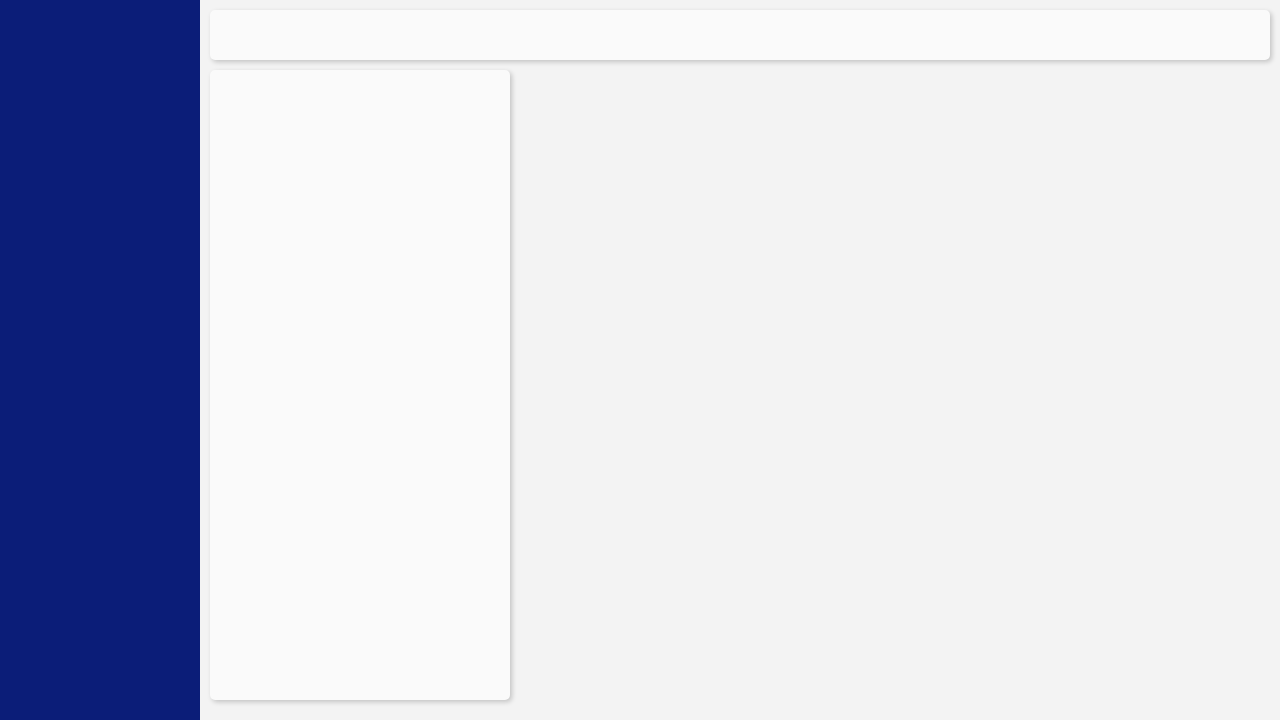
Repository: poya0a/chit_chat
Page: /
An editor plug-in stored every save of this project. The page is shown before and after the next save, followed by the edit.
The browser window is 1280 px wide. The pictures show the whole page.
Some web fonts or font styles are not loaded; a fallback is used. The project was rebuilt for these pictures with package versions that can differ from the ones it lists, and the page was loaded fresh each time. Also part of the build but not shown: craco.config.js.

Above is the page before, as saved 2024-01-12 15:49:13.

### public/index.html
<!DOCTYPE html>
<html lang="ko">
  <head>
    <meta charset="utf-8" />
    <link rel="icon" href="%PUBLIC_URL%/favicon.png" />
    <meta name="viewport" content="width=device-width, initial-scale=1" />
    <link rel="apple-touch-icon" href="%PUBLIC_URL%/favicon.png" />
    <title>CHIT CHAT</title>
  </head>
  <body>
    <div id="root"></div>
  </body>
</html>

### src/index.tsx
import React from 'react';
import { BrowserRouter } from 'react-router-dom';
import { createRoot } from 'react-dom/client';
import { Provider } from 'react-redux';
import { store } from './store/store';
import './assets/styles/style.scss';
import App from './App';

const container = document.getElementById('root')!;
const root = createRoot(container);

root.render(
  <Provider store={store}>
    <BrowserRouter>
      <App />
    </BrowserRouter>
  </Provider>
);

### src/store/store.ts
import { combineReducers, configureStore } from '@reduxjs/toolkit';
import { useDispatch, useSelector, TypedUseSelectorHook } from 'react-redux';

import loadingSlice from './slices/loadingSlice';

const rootReducer = combineReducers({
  loading: loadingSlice.reducer,
});

export const store = configureStore({
  reducer: rootReducer,
  middleware: (getDefaultMiddleware) => getDefaultMiddleware({ serializableCheck: false }),
  devTools: process.env.NODE_ENV !== 'production'
});

type RootState = ReturnType<typeof store.getState>;
type AppDispath = typeof store.dispatch;

export const useAppSelector: TypedUseSelectorHook<RootState> = useSelector;
export const useAppDispatch = () => useDispatch<AppDispath>();

export default store;

### src/assets/styles/style.scss
@charset "UTF-8";

// utils
@import url('https://cdn.rawgit.com/moonspam/NanumSquare/master/nanumsquare.css');
@import 'utils/variables';
@import 'utils/mixins';

// common
@import 'common/reset.scss';

// layouts
@import 'layouts/layout.scss';
@import 'layouts/menu.scss';
@import 'layouts/status.scss';
@import 'layouts/profile.scss';

### src/App.tsx
import React, { useEffect, useState } from 'react';
import { Route, Routes, useNavigate, useLocation } from 'react-router-dom';

import { AxiosInterceptor } from './common/api/ax';
import { useAppSelector } from './store/store';

import Home from './Components/pages/Home/Home';
import Layout from './Components/layouts/Layout';

function App() {
  return (
    <div className="wrap">
      <div className="content">
        <AxiosInterceptor>
          <Routes>
          <Route element={<Layout />}>
            <Route path="/" element={<Home />} />
            {/* <Route path="/not_yet_supported_by_service" element={<NotService />} />
            <Route path="/ticket" element={<NotService />} />

              <Route path="/auth/terms" element={<Terms />} />
              <Route path="/auth/join" element={<Join />} />
              <Route path="/auth/find_id" element={<FindId />} />
              <Route path="/auth/find_password" element={<FindPassword />} />
              <Route path="/auth/find_password_reset" element={<FindPasswordReset />} />

              <Route path="/home" element={<Home />} />
              <Route path="/notification" element={<Notification />} />
              <Route path="/reservation" element={<Reservation />} /> */}
              {/* <Route path="/ticket" element={<Ticket />} />
              <Route path="/ticket/branch_class" element={<BranchClassDetail />} />
              <Route path="/ticket/class_ticket" element={<ClassTicketDetail />} /> */}
              {/* <Route path="/schedule" element={<Schedule />} />
              <Route path="/mypage" element={<MyPage />} />
              <Route path="/mypage/ticket" element={<MyTicket />} />
              <Route path="/mypage/ticket/detail" element={<MyTicketList />} />

              <Route path="/mypage/notice" element={<NoticeList />} />
              <Route path="/mypage/notice/detail" element={<NoticeDetail />} />
              <Route path="/mypage/payment" element={<Payment />} />
              <Route path="/mypage/payment/detail" element={<PaymentTicketDetail />} />
              <Route path="/mypage/password" element={<PasswordVerification />} />
              <Route path="/mypage/modify" element={<Modify />} />
              <Route path="/:detailType/reservation_detail" element={<ReservDetail />} />

            <Route path="/auth/complete" element={<JoinComplete />} />
            <Route path="/search" element={<SearchBranchList />} />
            <Route path="/search/detail" element={<SearchBranchDetail />} /> */}
            </Route>
          </Routes>
        </AxiosInterceptor>
      </div>
    </div>
  );
}

export default App;

### src/store/slices/loadingSlice.ts
import { createSlice, PayloadAction } from '@reduxjs/toolkit';

type Loading = {
  loading: boolean;
};

const initialState: Loading = {
  loading: false
};

export const loadingSlice = createSlice({
  name: 'loading',
  initialState,
  reducers: {
    actIsLoading: (state, { payload }: PayloadAction<boolean>) => {
      state.loading = payload;
    }
  }
});

export const { actIsLoading } = loadingSlice.actions;
export default loadingSlice;

### src/assets/styles/utils/_variables.scss
// font
$en: 'NanumSquare', sans-serif;
$ko: 'NanumSquare', 'Pretendard-Regular', sans-serif;

// break-point
$breakpoint-pc: 1024px;
$breakpoint-tablet: 768px;
$breakpoint-mobile: 360px;
$breakpoint-smallest: 270px;

// 반응형 분기점
@mixin container {
  @media (max-width: #{$container-width}) {
    @content;
  }
}
@mixin tablet {
  @media (max-width: #{$breakpoint-pc - 1px}) {
    @content;
  }
}
@mixin mobile {
  @media (max-width: #{$breakpoint-tablet - 1px}) {
    @content;
  }
}
// 320px 까지 맞출시 사용
@mixin smallest {
  @media (min-width:#{$breakpoint-smallest}) and (max-width:#{$breakpoint-mobile - 1px}) {
    @content;
  }
}

// colors
$color_primary: #89a8ff;
$color_secondary: #abbdff;
$color_blue: #0B1D78;
$color_background: #eaedf0;

$color_white: #ffffff;
$color_black: #000000;

$color_error: #d32f2f;
$color_warning: #f9a825;
$color_confirmed: #4caf50;

$color_neutrals: #1f1f1f;
$color_neutrals90: #343434;
$color_neutrals80: #4b4b4b;
$color_neutrals60: #787878;
$color_neutrals40: #a5a5a5;
$color_neutrals20: #d2d2d2;
$color_neutrals10: #e8e8e8;
$color_neutrals5: #f3f3f3;

$color_gray1: #1f1f1f;
$color_gray2: #2d2d2d;
$color_gray3: #404040;
$color_gray4: #5f5f5f;
$color_gray5: #727272;
$color_gray6: #9b9b9b;
$color_gray7: #bbbbbb;
$color_gray8: #dedede;
$color_gray9: #ececec;
$color_gray10: #f4f4f4;
$color_gray11: #fafafa;
$color_gray12: #717171;
$color_gray13: #343434;
$color_gray14: #c7c7c7;
$color_gray15: #4d4d4d;
$color_gray16: #d5d5d5;
$color_gray17: #d9d9d9;
$color_grayDark: #4f555e;

### src/assets/styles/utils/_mixins.scss
// 정렬
@mixin center {
  position: absolute;
  top: 50%;
  left: 50%;
  z-index: 1;
  transform: translate(-50%, -50%);
}
@mixin center_top {
  @include center;
  left: 0;
  transform: translate(0, -50%);
}
@mixin center_left {
  @include center;
  top: 0;
  transform: translate(-50%, 0);
}

// typo
@mixin bold_32 {
  font-weight: bold;
  font-size: 32px;
}

@mixin bold_20 {
  font-weight: bold;
  font-size: 20px;
}

@mixin bold_18 {
  font-weight: bold;
  font-size: 18px;
}

@mixin bold_16 {
  font-weight: bold;
  font-size: 16px;
}

@mixin bold_14 {
  font-weight: bold;
  font-size: 14px;
}

@mixin bold_13 {
  font-weight: bold;
  font-size: 13px;
}

@mixin bold_12 {
  font-weight: bold;
  font-size: 12px;
}

@mixin normal_32 {
  font-weight: normal;
  font-size: 32px;
}

@mixin normal_24 {
  font-weight: normal;
  font-size: 24px;
}

@mixin normal_20 {
  font-weight: normal;
  font-size: 20px;
}

@mixin normal_18 {
  font-weight: normal;
  font-size: 18px;
}

@mixin normal_16 {
  font-weight:normal;
  font-size: 16px;
}

@mixin normal_14 {
  font-weight: normal;
  font-size: 14px;
}
@mixin normal_13 {
  font-weight: normal;
  font-size: 13px;
}

@mixin normal_12 {
  font-weight: normal;
  font-size: 12px;
}

@mixin regular_32 {
  font-weight: regular;
  font-size: 32px;
}

@mixin regular_20 {
  font-weight: regular;
  font-size: 20px;
}

@mixin regular_18 {
  font-weight: regular;
  font-size: 18px;
}

@mixin regular_16 {
  font-weight: regular;
  font-size: 16px;
}

@mixin regular_14 {
  font-weight: regular;
  font-size: 14px;
}

@mixin regular_13 {
  font-weight: regular;
  font-size: 13px;
}

@mixin regular_12 {
  font-weight: regular;
  font-size: 12px;
}

@mixin regular_10 {
  font-weight: regular;
  font-size: 10px;
}

### src/assets/styles/common/_reset.scss
html,
body,
div,
span,
h1,
h2,
h3,
h4,
h5,
h6,
p,
blockquote,
a,
address,
cite,
code,
del,
em,
img,
ins,
kbd,
small,
strong,
b,
u,
i,
dl,
dt,
dd,
ol,
ul,
li,
fieldset,
form,
label,
legend,
table,
caption,
tbody,
thead,
tr,
th,
td,
article,
aside,
figure,
footer,
header,
menu,
nav,
section,
time,
mark,
audio,
video,
option {
  @include regular_14;
  margin: 0;
  padding: 0;
  border: 0;
  font: inherit;
  color: $color_neutrals;
  vertical-align: baseline;
  box-sizing: border-box;
}

* {
  /* body에서 하면 pre, input, textarea등등에서 상속을 받지 않는 경우가 있어서 *을 사용
  but ! 중첩구조시 전부 상속이 되어 불편해지기에, 가장 큰 객체에 폰트 설정을 하고 모든 객체에 상속권을 준다.*/
  margin: 0;
  padding: 0;
  word-break: keep-all; /* 단어단위로 브레이크가 됨 */
  font-family: inherit;
  font-size: inherit;
  color: inherit;
  font-weight: inherit;
  font-style: inherit;
  text-decoration: inherit;
}

nav {
  height: 100%;
}

body {
  font-family: 'NanumSquare', 'Pretendard-Regular', sans-serif;
  line-height: 1.4;
}
ol,
ul {
  list-style: none;
}
blockquote,
q {
  quotes: none;
}
blockquote:before,
blockquote:after,
q:before,
q:after {
  content: '';
  content: none;
}

ins {
  text-decoration: none;
}
del {
  text-decoration: line-through;
}

table {
  border-collapse: collapse;
  border-spacing: 0;
}

h1,
h2,
h3,
h4,
h5,
h6,
strong {
  font-weight: normal;
}
a {
  display: inline-block;
  text-decoration: none;
}
img {
  vertical-align: top;
}
a:link,
a:visited,
a:active {
  text-decoration: none;
}
a img {
  display: block;
}
button {
  margin: 0;
  padding: 0;
  border: 0;
  font: inherit;
  background: none;
  box-sizing: inherit;
  -webkit-box-sizing: inherit;
  cursor: pointer;
  outline-style: none;
  color: $color_primary;
  &:focus {
    // border: 2px solid $color_white;
  }
}
button a {
  color: $color_white; // ios 텍스트 컬러 수정
}
/* em {font-style: normal;} */

textarea {
  @include regular_14;
  box-sizing: border-box;
  box-shadow: none;
  font-family: $ko;
  color: $color_neutrals;
  -webkit-appearance: none;
  transition: border 0.3s;
  outline-style: none;
}
img,
svg,
iframe,
video {
  display: block;
  width: 100%;
}
input {
  @include regular_14;
  border: 0;
  margin: 0;
  background: transparent;
  box-shadow: none;
  border-radius: 0;
  appearance: none;
  -webkit-appearance: none;
  -webkit-border-radius: 0;
  font-family: $ko;
  color: $color_neutrals;
  outline-style: none;
  transition: border 0.3s;
  box-sizing: border-box;
}
input[type='search']::-webkit-search-cancel-button {
  display: none;
}
input[type='number']::-webkit-outer-spin-button,
input[type='number']::-webkit-inner-spin-button {
  -webkit-appearance: none;
  margin: 0;
}
select {
  box-shadow: none;
  box-sizing: border-box;
  border-radius: 0;
  appearance: none;
  outline-style: none;
  color: $color_neutrals;
}
select a {
  color: $color_neutrals; // ios 텍스트 컬러 수정
}
select::-ms-expand {
  display: none;
}
input::-webkit-autofill,
input::-webkit-autofill:hover,
input::-webkit-autofill:focus,
input::-webkit-autofill:active {
  -webkit-text-fill-color: $color_white;
  -webkit-box-shadow: 0 0 0px 1000px transform inset;
  box-shadow: 0 0 0px 1000px transform inset;
  transition: background-color 5000s ease-in-out 0s;
}
input::autofill,
input::autofill:hover,
input::autofill:focus,
input::autofill:active {
  -webkit-text-fill-color: $color_white;
  -webkit-box-shadow: 0 0 0px 1000px transform inset;
  box-shadow: 0 0 0px 1000px transform inset;
  transition: background-color 5000s ease-in-out 0s;
}

input,
select {
  font-family: inherit;
}

/* 대체텍스트 */
.blind {
  position: absolute;
  width: 1px;
  height: 1px;
  overflow: hidden;
  margin: -1px;
  -webkit-clip-path: polygon(0 0, 0 0, 0 0);
  clip-path: polygon(0 0, 0 0, 0 0);
  font-size: 0;
  line-height: 0;
}

.hidden {
  position: fixed;
  left: -10000px;
}

### src/assets/styles/layouts/layout.scss
.wrap {
    .content {
      .layoutWrap {
        display: flex;
        .layout {
          padding: 10px;
          width: calc(100% - 200px);
          background-color: $color_neutrals5;
          .mainWrap {
            display: flex;
            padding-top: 10px;
            height: calc(100% - 60px);
            main {
            }
          }
        }
      }

    }
  }

### src/assets/styles/layouts/menu.scss
.menuWrap {
    width: 200px;
    height: 100vh;
    background-color: $color_blue;
}

### src/assets/styles/layouts/status.scss
.statusWrap {
    width: 100%;
    height: 50px;
    background-color: $color_gray11;
    box-shadow: 2px 2px 5px rgba(0, 0, 0, .2);
    border-radius: 5px;
}

### src/assets/styles/layouts/profile.scss
.profileWrap {
    width: 300px;
    height: 100%;
    background-color: $color_gray11;
    box-shadow: 2px 2px 5px rgba(0, 0, 0, .2);
    border-radius: 5px;
}

### src/common/api/ax.ts
import axios, { AxiosError, AxiosInstance, AxiosResponse, AxiosRequestConfig } from 'axios';
import React, { useEffect, useState } from 'react';
import { useNavigate } from 'react-router-dom';
import { useAppDispatch } from '../../store/store';
import { actIsLoading } from '../../store/slices/loadingSlice';
import storage from '../utils/storage';
import device from '../utils/device';
import { ErrorResponse } from '../../store/types/response.interface';
import requests from './requests';

const ax = axios.create({
  baseURL: process.env.REACT_APP_API_ROOT
});

const AxiosInterceptor = ({ children }: { children: React.ReactNode }) => {
  const navigate = useNavigate();
  const dispatch = useAppDispatch();
  const [isSet, setIsSet] = useState<boolean>(false);
  let isAlreadyFetchingAccessToken = false;
  let subscribers: Function[] = [];

  useEffect(() => {
    const pending = (config: AxiosRequestConfig): any => {
      dispatch(actIsLoading(true));
      // Token 및 DeviceId 설정
      config.headers = config.headers ?? {};
      const accessToken = storage.getAccessToken();
      if (accessToken) {
        config.headers['user-token'] = accessToken;
      } else {
        delete config.headers['user-token'];
      }
      if (config.url === requests.REFRESH_TOKEN) {
        const refreshToken = storage.getRefreshToken();
        if (refreshToken) {
          config.headers['refresh-token'] = refreshToken;
        } else {
          delete config.headers['refresh-token'];
        }
      }
      config.params = {
        ...config.params,
        deviceId: device.getDeviceUUID()
      };
      return config;
    };

    const fulfilled = (response: AxiosResponse): AxiosResponse => {
      dispatch(actIsLoading(false));
      return response;
    };

    const rejected = async (error: AxiosError): Promise<AxiosError> => {
      dispatch(actIsLoading(false));
      if (error?.response?.status) {
        if (error.response.status === 400) {
          await handleError(error);
          return new Promise(() => {});
        }
      }
      if (error?.response?.status?.toString().startsWith('5', 0)) {
        navigate('/access-error');
      }
      return Promise.reject(error);
    };

    const reqInterceptor = ax.interceptors.request.use(pending);
    const resInterceptor = ax.interceptors.response.use(fulfilled, rejected);
    setIsSet(true);

    const handleError = async (error: AxiosError) => {
      if (error.response) {
        const errorResponse = error.response.data as ErrorResponse;
        console.log('handleError', errorResponse);
        const { code } = errorResponse;
        switch (code) {
          case 'ERR-1006': // empty token
            navigate('/');
            break;
          case 'ERR-1007': // invalid token
            await resetTokenAndReattemptRequest(error.response);
            break;
          case 'ERR-1008': // empty deviceId
            navigate('/');
            break;
          default:
            break;
        }
      }
    };

    const resetTokenAndReattemptRequest = async (response: AxiosResponse) => {
      const retryOriginalRequest = new Promise((resolve, reject) => {
        addSubscriber(async () => {
          try {
            const { config } = response;
            // refresh token 호출 뒤 resolve
            resolve(ax(config));
          } catch (err) {
            reject(err);
          }
        });
      });

      if (!isAlreadyFetchingAccessToken) {
        isAlreadyFetchingAccessToken = true;
        const res = await ax.post(requests.REFRESH_TOKEN);
        const { resultCode, data } = res.data;
        if (resultCode) {
          const { accessToken, refreshToken } = data;
          storage.setAccessToken(accessToken);
          if (refreshToken) {
            storage.setRefreshToken(refreshToken);
          }
        } else {
          storage.removeToken();
        }
        isAlreadyFetchingAccessToken = false;
        onAccessTokenFetched();
      }
      return retryOriginalRequest;
    };

    const addSubscriber = (callback: Function) => {
      subscribers.push(callback);
    };

    const onAccessTokenFetched = () => {
      subscribers.forEach((callback) => callback());
      subscribers = [];
    };

    return () => {
      ax.interceptors.request.eject(reqInterceptor);
      ax.interceptors.response.eject(resInterceptor);
    };
  }, []);

  // children이 jsx 요소라면 children을 아니라면 null 을 리턴한다.
  return isSet && React.isValidElement(children) ? children : null;
};

export default ax;
export { AxiosInterceptor };

### src/Components/layouts/Layout.tsx
import { Outlet, useLocation } from 'react-router-dom';
import LoadingSpinner from '../common/LoadingSpinner';
import Menu from './Menu';
import Status from './Status';
import Profile from './Profile';

const Layout = () => {
    const { pathname } = useLocation();

    return (
        <div className='layoutWrap'>
            <Menu />
            <div className="layout">
                <Status />
                <LoadingSpinner />
                <div className="mainWrap">
                    <main>
                        <Outlet />
                    </main>
                    <Profile />
                </div>
            </div>
        </div>
    );
};

export default Layout;

### src/common/utils/storage.ts
const getStorage = (key: string) => {
    return localStorage.getItem(key);
}

const setStorage = (key: string, value: string) => {
    localStorage.setItem(key, value);
}

const removeStorage = (key: string) => {
    localStorage.removeItem(key);
}

const getAccessToken = () => {
    return getStorage("user-access-token");
}

const setAccessToken = (value: string) => {
    return setStorage("user-access-token", value);
}

const getRefreshToken = () => {
    return getStorage("user-refresh-token");
}

const setRefreshToken = (value: string) => {
    return setStorage("user-refresh-token", value);
}

const removeToken = () => {
    removeStorage("user-access-token");
    removeStorage("user-refresh-token");
}


export default {
    getAccessToken: getAccessToken,
    setAccessToken: setAccessToken,
    getRefreshToken: getRefreshToken,
    setRefreshToken: setRefreshToken,
    removeToken: removeToken,
};

### src/common/utils/device.ts
const getDeviceUUID = () => {
    // TODO Native Device Unique Id 필요
    return process.env.REACT_APP_DEVICE
};

export default {
    getDeviceUUID: getDeviceUUID,
}

### src/common/api/requests.ts
type Requests = {
  [key: string]: string;
};

const requests: Requests = {
  PUBLIC_KEY: '/api/user/auth/issuedKey',
  REFRESH_TOKEN: '/api/user/auth/refreshToken',
};

export default requests;

### src/Components/common/LoadingSpinner.tsx
import React from 'react';
import { BeatLoader } from 'react-spinners';
import { useAppSelector } from '../../store/store';

const LoadingSpinner = () => {
  const { loading } = useAppSelector((state) => state.loading);

  return (
    <div
      style={{
        position: 'fixed',
        top: 0,
        left: 0,
        width: '100%',
        height: 'calc(100% - 140px)',
        margin: '60px 0',
        backgroundColor: 'rgba(255, 255, 255, 0.5)',
        opacity: 1,
        transition: 'all 0.5s ease-in-out',
        zIndex: 999,
        display: loading ? 'block' : 'none'
      }}
    >
      <div
        className="spinner"
        style={{
          position: 'absolute',
          top: '50%',
          left: '50%',
          transform: 'translate(-50%, -50%)'
        }}
      >
        <BeatLoader size={12} color="#89a8ff" margin={5} loading={loading} />
      </div>
    </div>
  );
};

export default LoadingSpinner;

### src/Components/layouts/Menu.tsx
import React from 'react';

const Menu = () => {
    return (
        <div className='menuWrap'>

        </div>
    );
};

export default Menu;

### src/Components/layouts/Status.tsx
import React from 'react';

const Status = () => {
    return (
        <div className='statusWrap'>

        </div>
    );
};

export default Status;

### src/Components/layouts/Profile.tsx
import React from 'react';

const Profile = () => {
    return (
        <div className='profileWrap'>

        </div>
    );
};

export default Profile;

Loaded but not shown: src/Components/pages/Home/Home.tsx (common file)

After the next save:
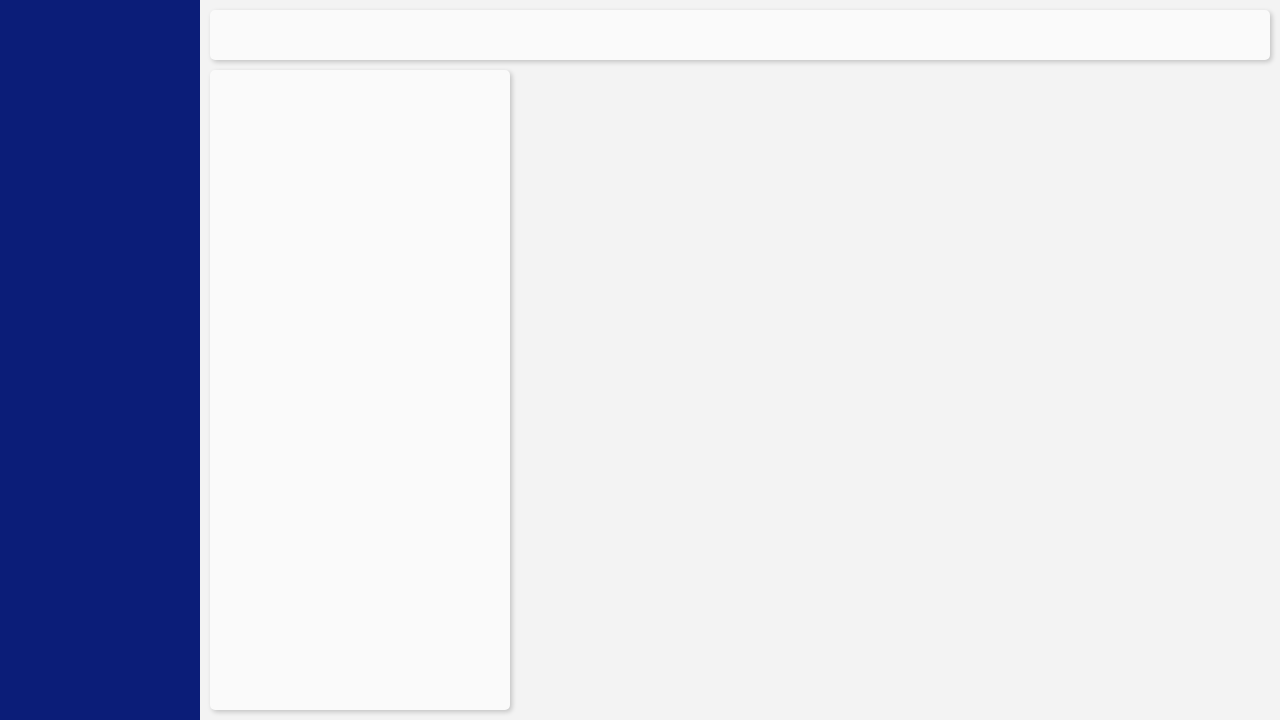
Saved 24 s later.
--- a/src/assets/styles/layouts/layout.scss
+++ b/src/assets/styles/layouts/layout.scss
@@ -9,7 +9,7 @@
           .mainWrap {
             display: flex;
             padding-top: 10px;
-            height: calc(100% - 60px);
+            height: calc(100% - 50px);
             main {
             }
           }
